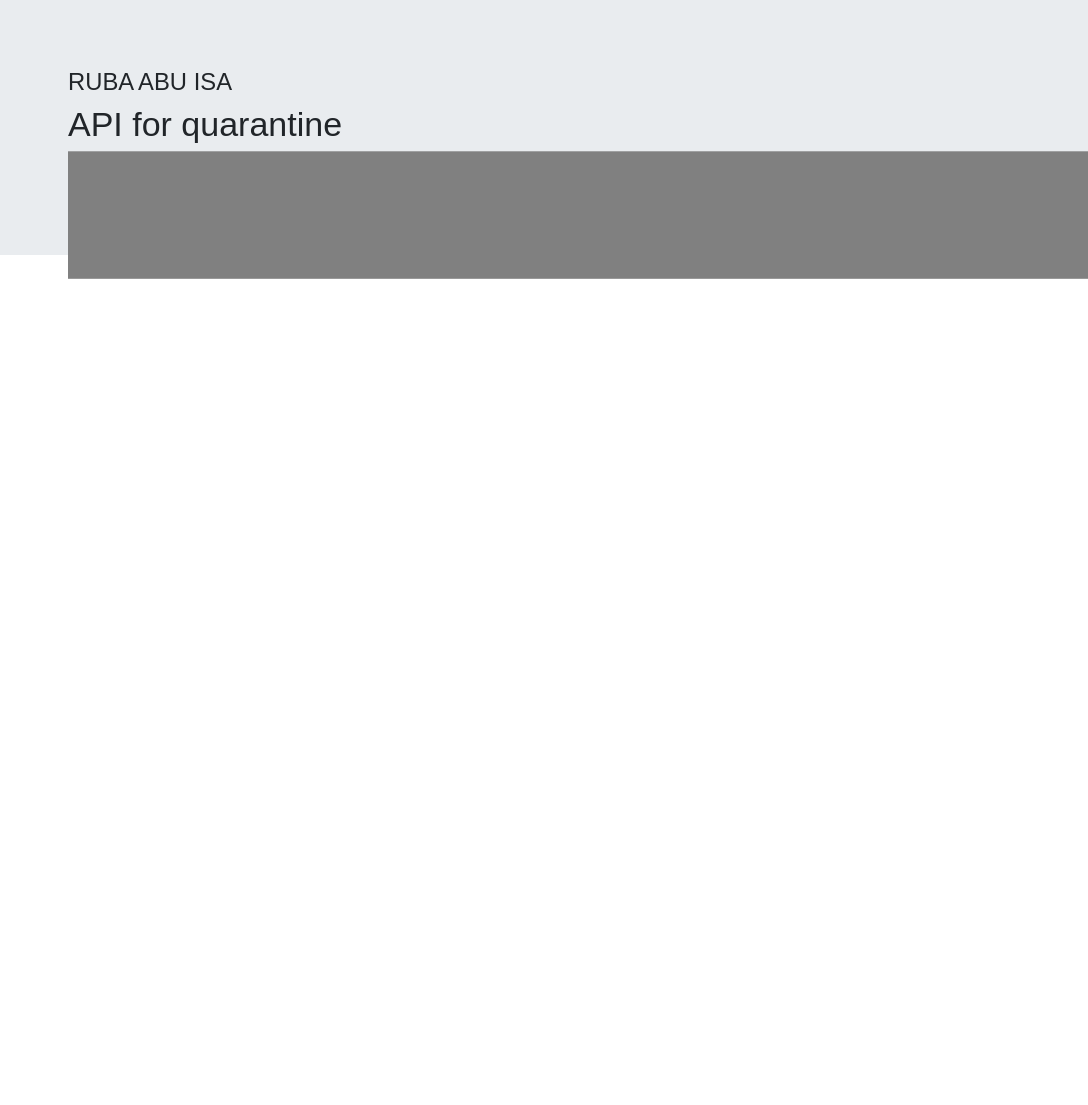
Repository: rubaabu/Fullstack-bitberry
Page: server/index.html
These files come from the project's save history. The page is drawn as it stood at one moment and after the next save; the edit follows.
The browser window is 1280 px wide. The pictures show the whole page, at 85% of full size.

Above is the page before, as saved 2020-04-02 15:54:02.

After the next save:
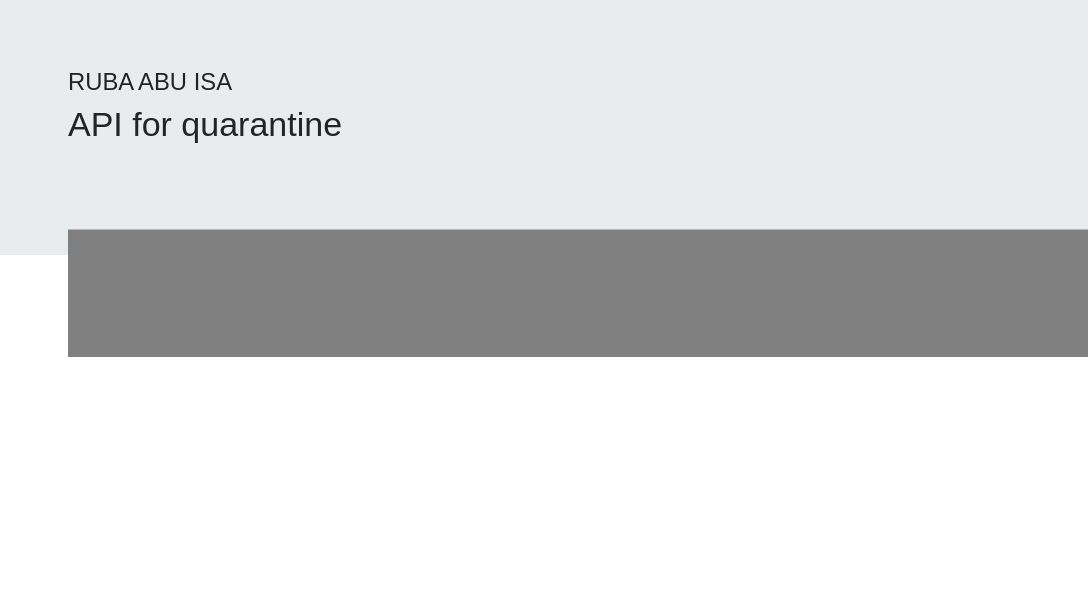
Saved 20 s later.
--- a/server/style.css
+++ b/server/style.css
@@ -1,12 +1,13 @@
 header .header-top {
     background-color: #E9ECEF;
     height: 300px;
-    margin-bottom: 1000px;
     padding-left: 80px;
     padding-top: 80px;
 }
 header .header-top .header {
     font-family: sans-serif;
+    margin-bottom: 100px;
+
 }
 
 header .header-bottom {
